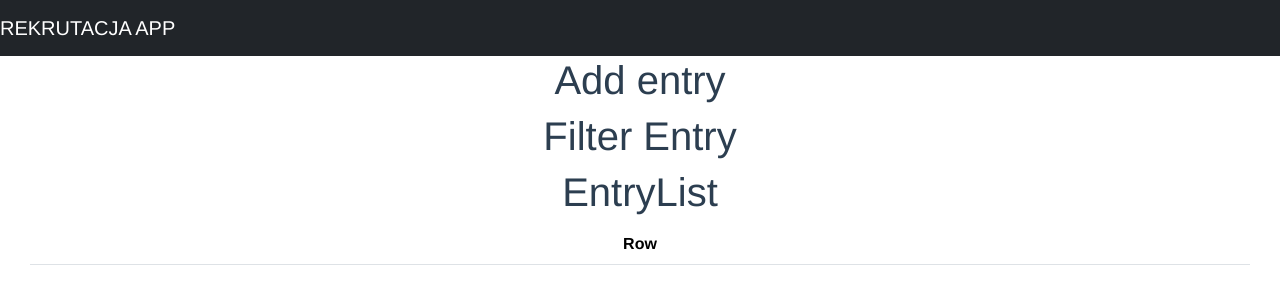
Repository: Madaless/vue_elastic
Page: / (app in vuejsapp/crudapp/)
The author's editor kept a copy of each file at every save. The page is drawn from the files as they stood at one save, then again after the next save.
The browser window is 1280 px wide. The pictures show the whole page.
The page's requests for data from a server got no answer. The project was rebuilt for these pictures with package versions that can differ from the ones it lists, and the page was loaded fresh each time. No one was signed in, and anything a server would have sent is missing.

Above is the page before, as saved 2021-09-12 11:45:29.

### vuejsapp/crudapp/src/main.js
import Vue from 'vue'
import App from './App.vue'
import store from  './store/index'
import { BootstrapVue, IconsPlugin } from 'bootstrap-vue'

// Import Bootstrap an BootstrapVue CSS files (order is important)
import 'bootstrap/dist/css/bootstrap.css'
import 'bootstrap-vue/dist/bootstrap-vue.css'

// Make BootstrapVue available throughout your project
Vue.use(BootstrapVue)
// Optionally install the BootstrapVue icon components plugin
Vue.use(IconsPlugin)

Vue.config.productionTip = false

new Vue({
  store,
  render: h => h(App),
}).$mount('#app')

### vuejsapp/crudapp/src/App.vue
<template>
  <div id="app">
    <b-navbar class="navbar navbar-expand navbar-dark bg-dark">
      <b-navbar-brand href="#">REKRUTACJA APP</b-navbar-brand>
    </b-navbar>
    <AddEntry />
    <FilterEntry />
    <EntryList />
  </div>
</template>

<script>
import AddEntry from "./components/AddEntry.vue";
import FilterEntry from "./components/FilterEntry.vue";
import EntryList from "./components/EntryList.vue";

export default {
  name: "App",
  components: {
    AddEntry,
    FilterEntry,
    EntryList,
  },
};
</script>

<style>
#app {
  font-family: Avenir, Helvetica, Arial, sans-serif;
  -webkit-font-smoothing: antialiased;
  -moz-osx-font-smoothing: grayscale;
  text-align: center;
  color: #2c3e50;
}
</style>

### vuejsapp/crudapp/src/store/index.js
import Vuex from 'vuex';
import Vue from 'vue';
import entryList from './modules/entryList';

Vue.use(Vuex);

export default new Vuex.Store({
    modules: {
        entryList
    }
})

### vuejsapp/crudapp/src/components/AddEntry.vue
<template>
    <div>
        <h1>Add entry</h1>
    </div>
</template>

<script>

export default ({
    setup() {

    },
})
</script>

<style scoped>

</style>

### vuejsapp/crudapp/src/components/FilterEntry.vue
<template>
    <div>
        <h1>Filter Entry</h1>
    </div>
</template>

<script>

export default ({
    setup() {

    },
})
</script>

<style scoped>

</style>

### vuejsapp/crudapp/src/components/EntryList.vue
<template>
  <div id="entryList">
    <h1>EntryList</h1>

    <div class="todos">
      <table class="table">
        <thead>
          <tr>
            <th>Row</th>
          </tr>
        </thead>
        <tbody>
          <tr v-for="entry in entryList" v-bind:key="entry.key">

              <td>{{ entry.title }}</td>
            </tr>

        </tbody>
      </table>
    </div>
  </div>
</template>

<script>
import { mapGetters, mapActions } from "vuex";

export default {
  name: "EntryList",
  methods: {
    ...mapActions(["fetchEntryList"]),
  },
  computed: mapGetters(["entryList"]),
  created() {
    this.fetchEntryList();
  },
};
</script>

<style scoped>
#entryList {
  padding-left: 30px;
  padding-right: 30px;
}
</style>

### vuejsapp/crudapp/src/store/modules/entryList.js
import axios from 'axios';

const state = {
  entryList: []
};
// get the state
const getters = {
  entryList: (state) => {
    return state.entryList
  }
};

const actions = {
    // fetch from api
  async fetchEntryList({ commit }) {
    const response = await axios.get('https://jsonplaceholder.typicode.com/todos');

    commit('setEntryList', response.data);
  }
}

const mutations = {
    setEntryList: (state, entryList) => (state.entryList = entryList)
};

export default {
    state,
    getters,
    actions,
    mutations
};

Loaded but not shown: vuejsapp/crudapp/public/index.html (common file)

After the next save:
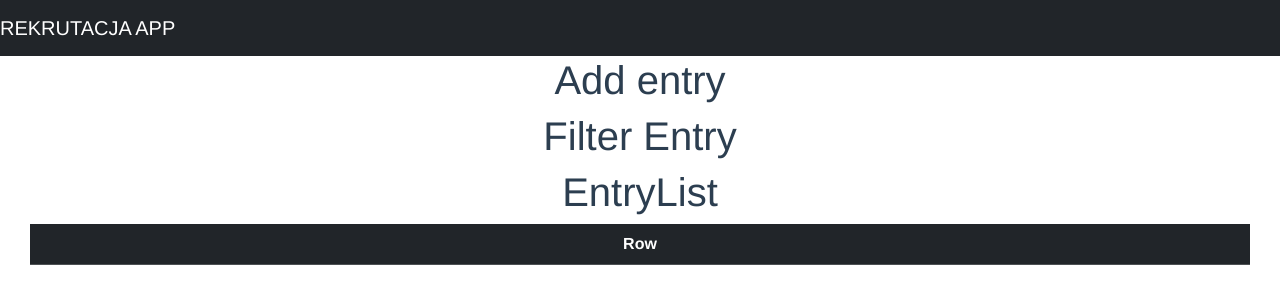
Saved 58 s later.
--- a/vuejsapp/crudapp/src/components/EntryList.vue
+++ b/vuejsapp/crudapp/src/components/EntryList.vue
@@ -3,7 +3,7 @@
     <h1>EntryList</h1>
 
     <div class="todos">
-      <table class="table">
+      <table class="table table-striped table-dark">
         <thead>
           <tr>
             <th>Row</th>
